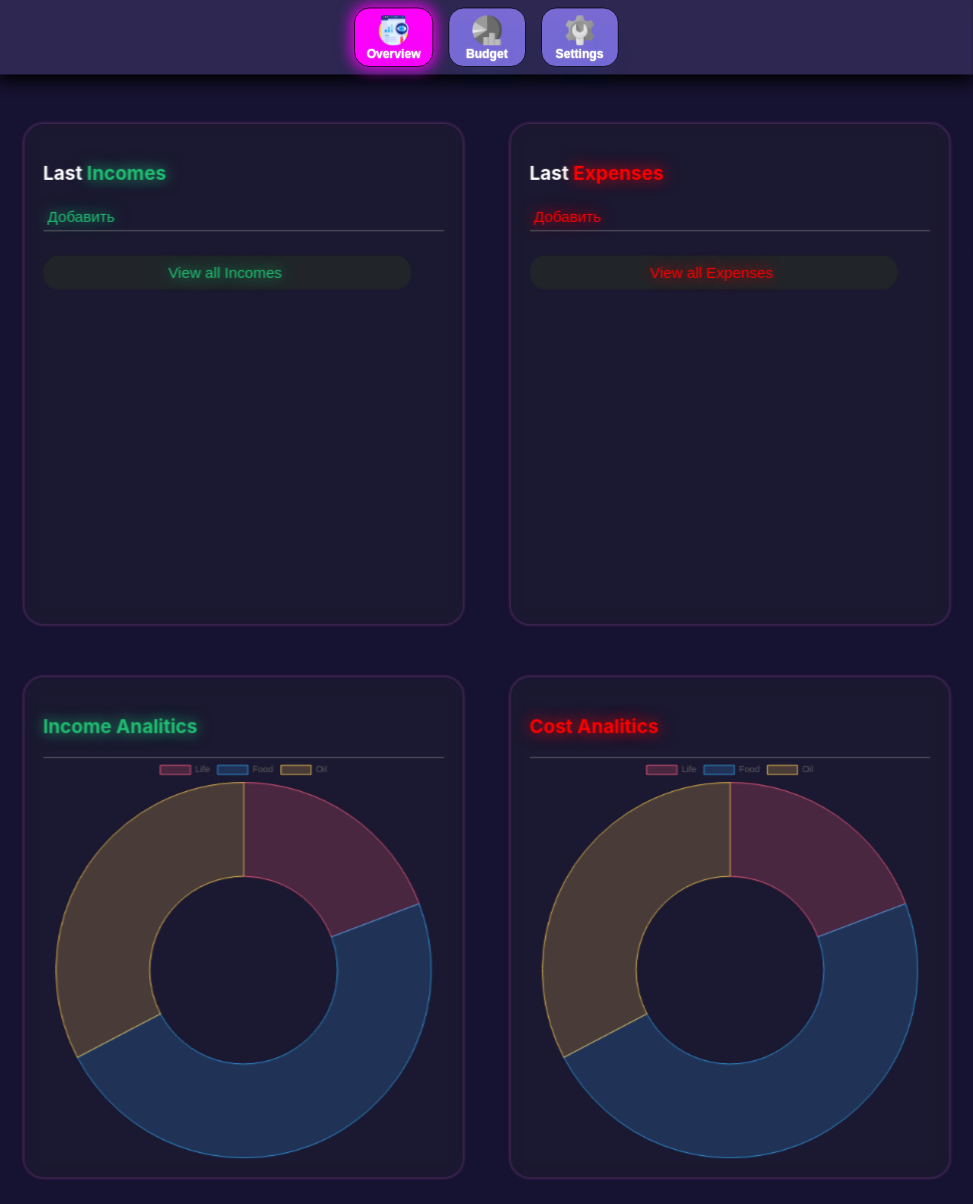
Repository: Minkeani/Money-Manager
Page: /Overview
An editor plug-in stored every save of this project. The page is shown before and after a run of saves, followed by the edit.
The browser window is 1280 px wide. The pictures show the whole page, at 76% of full size.
The project was rebuilt for these pictures with package versions that can differ from the ones it lists, and the page was loaded fresh each time. Also part of the build but not shown: src/components/Budget/Budget.module.css, src/components/Budget/Budget.jsx, src/components/Settings/Settings.jsx, src/components/NotFound/NotFound.module.css, src/components/NotFound/NotFound.jsx.

Above is the page before, as saved 2022-07-17 22:15:51.

After the next 2 saves:
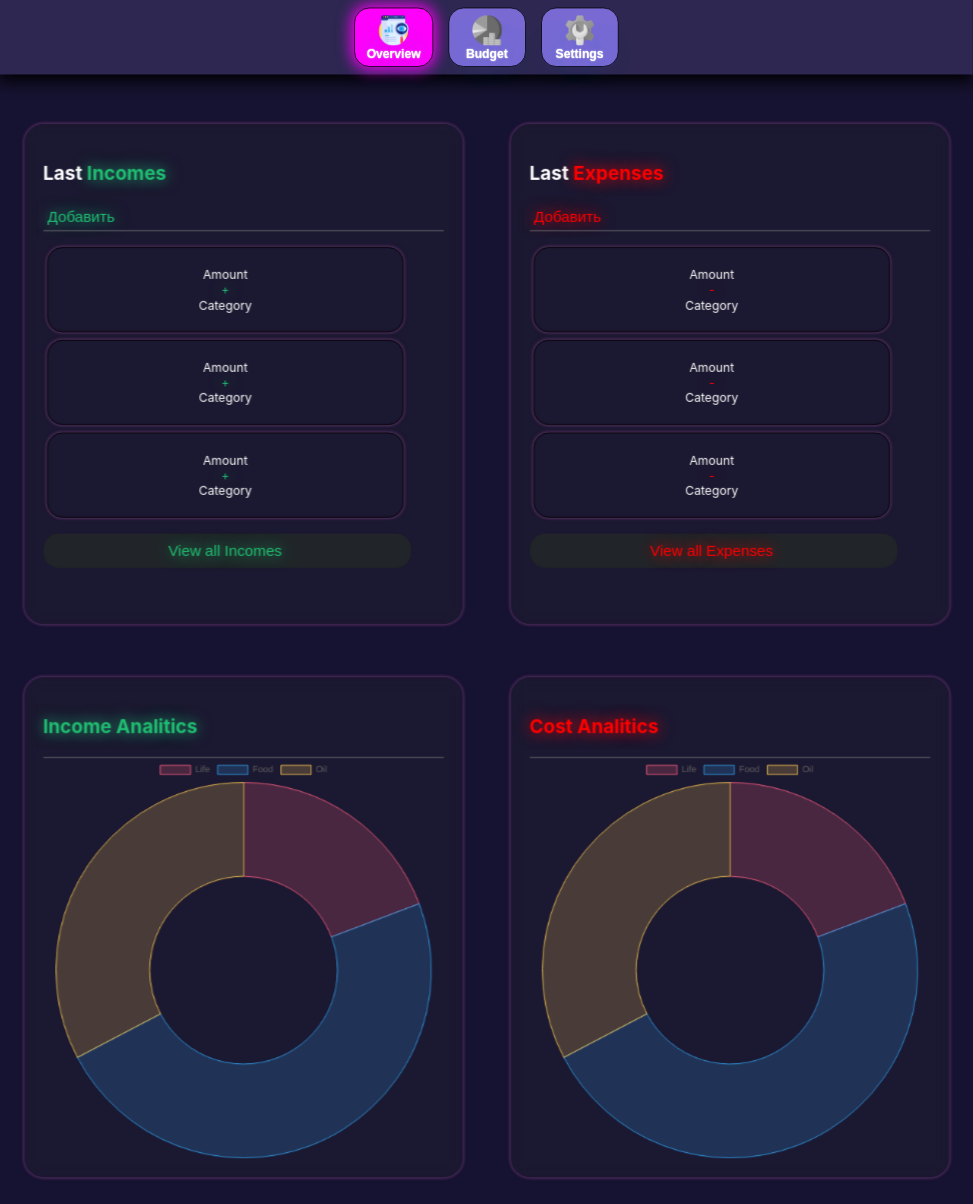
The 2 saves are shown as one change because 1 did not build or start.
The last was saved 21 s later.
--- a/src/components/OverviewBlocks/OverviewBlock/OverviewBlock.jsx
+++ b/src/components/OverviewBlocks/OverviewBlock/OverviewBlock.jsx
@@ -24,8 +24,7 @@
                             <ul className={styles.list}>
                                     {datasets.map(({data}) => (
                                         data.map(({money}) => (
-                                                    <div>{money}</div>
-                                        // <li><div className={styles.listCont}> Amount<span className={classes === 'money' ? styles.money : styles.Remoney}>{sign}{money}</span> Category <span>{labels[data.indexOf(money)]}</span></div></li>
+                                        <li><div className={styles.listCont}> Amount<span className={classes === 'money' ? styles.money : styles.Remoney}>{sign}{money}</span> Category <span>{labels[data.indexOf(money)]}</span></div></li>
                                         ))
                                     ))}
                             </ul>

After the 3 saves that followed:
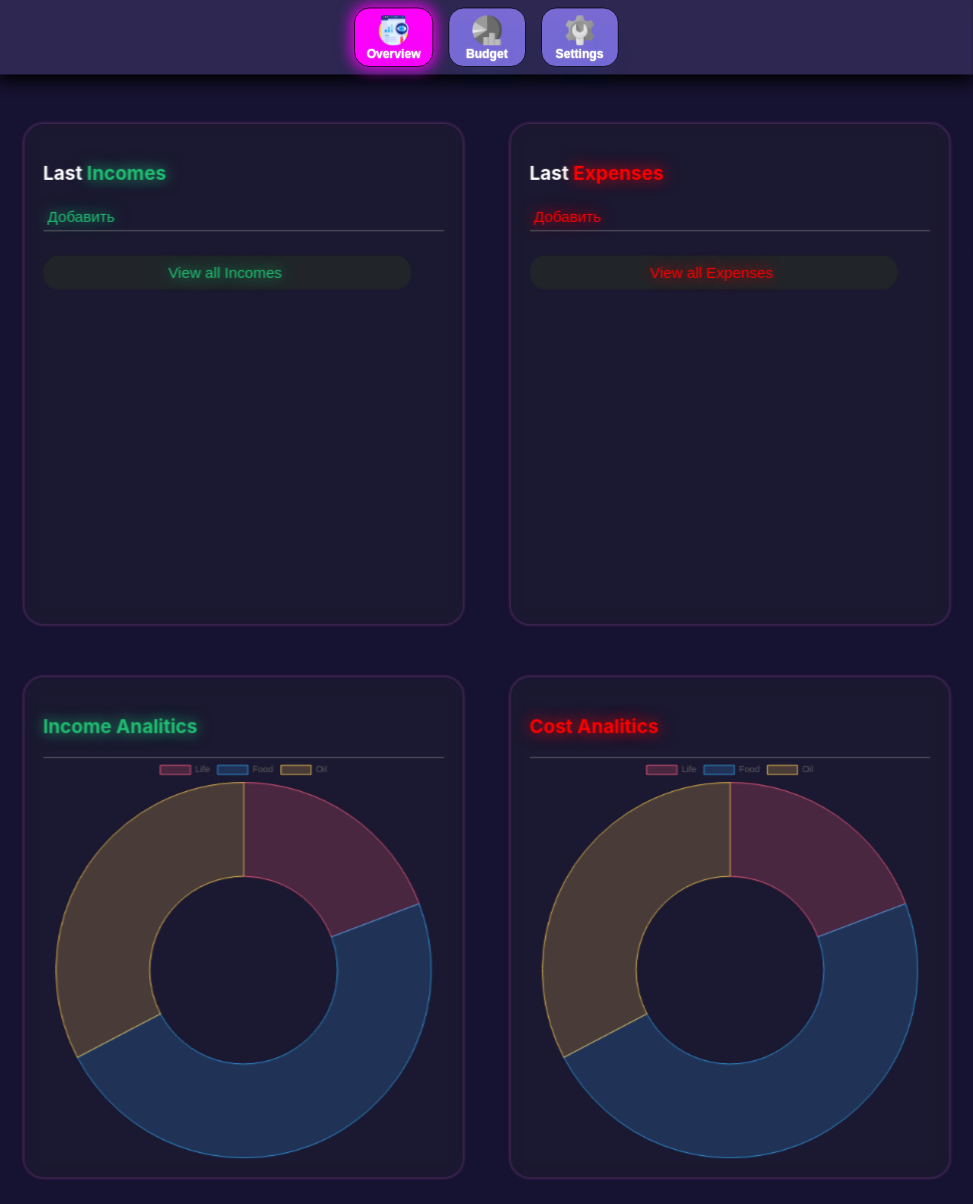
The 3 saves are shown as one change because 2 left the picture as it was.
The last was saved 69 s later.
--- a/src/components/OverviewBlocks/OverviewBlock/OverviewBlock.jsx
+++ b/src/components/OverviewBlocks/OverviewBlock/OverviewBlock.jsx
@@ -24,7 +24,8 @@
                             <ul className={styles.list}>
                                     {datasets.map(({data}) => (
                                         data.map(({money}) => (
-                                        <li><div className={styles.listCont}> Amount<span className={classes === 'money' ? styles.money : styles.Remoney}>{sign}{money}</span> Category <span>{labels[data.indexOf(money)]}</span></div></li>
+                                            <div>{money}</div>
+                                        // <li><div className={styles.listCont}> Amount<span className={classes === 'money' ? styles.money : styles.Remoney}>{sign}{money}</span> Category <span>{labels[data]}</span></div></li>
                                         ))
                                     ))}
                             </ul>
